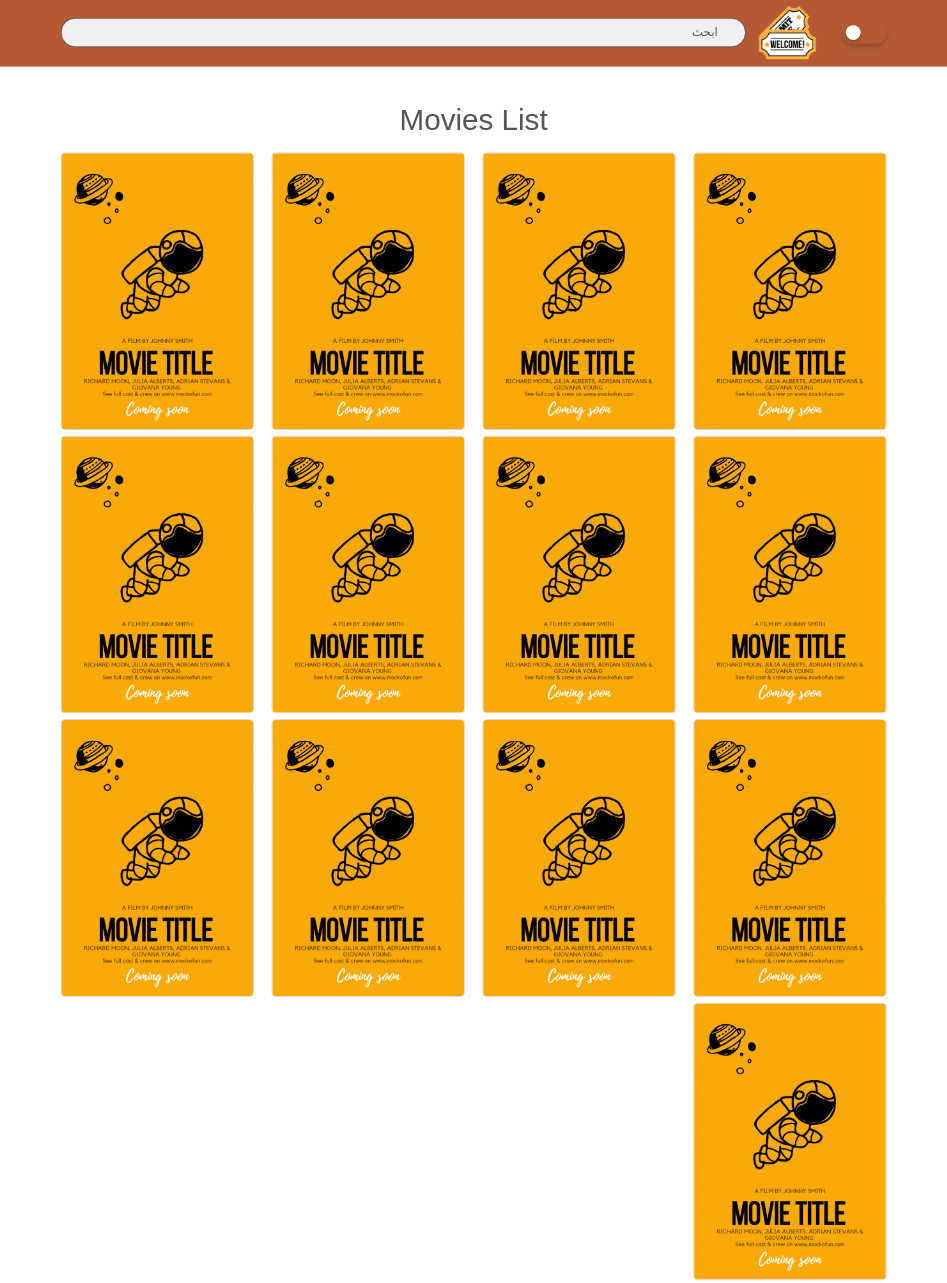
Repository: kerlos-alfy/Movie-List
Page: /
The author's editor kept a copy of each file at every save. The page is drawn from the files as they stood at one save, then again after the next save.
The browser window is 1280 px wide. The pictures show the whole page, at 74% of full size.
The page's requests for data from a server got no answer. The project was rebuilt for these pictures with package versions that can differ from the ones it lists, and the page was loaded fresh each time. No one was signed in, and anything a server would have sent is missing. Also part of the build but not shown: vite.config.js, src/App.css.

Above is the page before, as saved 2025-01-16 01:55:42.

After the next save:
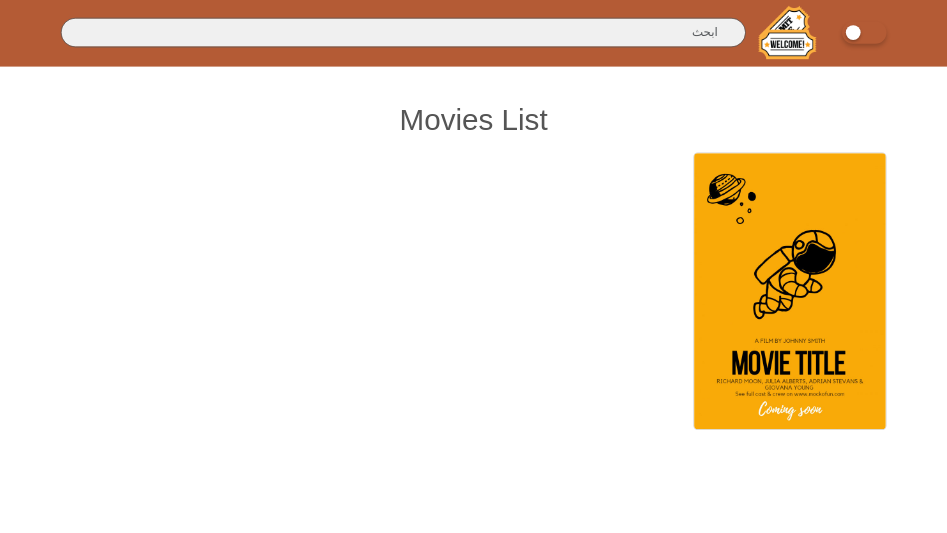
Saved 9 s later.
--- a/src/components/MoviesList.jsx
+++ b/src/components/MoviesList.jsx
@@ -4,18 +4,6 @@ function MoviesList({ movies }) {
 	return (
 		<Row className="mt-3">
 			<CardMovie />
-			<CardMovie />
-			<CardMovie />
-			<CardMovie />
-			<CardMovie />
-			<CardMovie />
-			<CardMovie />
-			<CardMovie />
-			<CardMovie />
-			<CardMovie />
-			<CardMovie />
-			<CardMovie />
-			<CardMovie />
 		</Row>
 	);
 }
